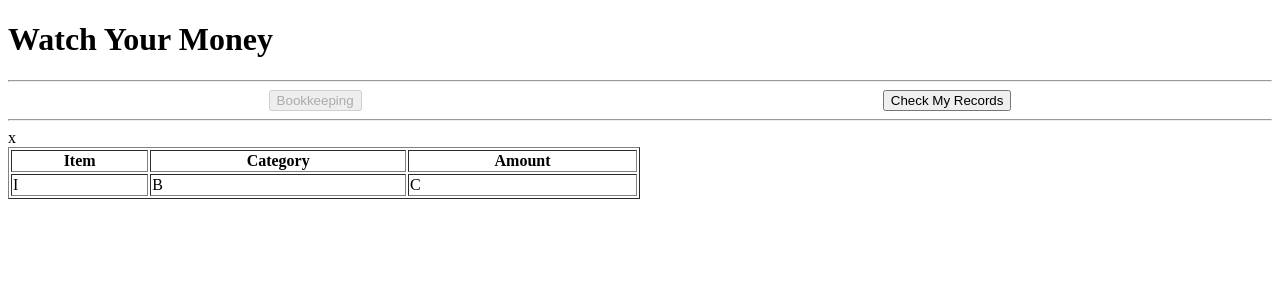
Repository: chelsea9869/Hackathon-TNT
Page: http://localhost/app/watch_your_money.php
The author's editor kept a copy of each file at every save. The page is drawn from the files as they stood at one save, then again after a run of saves.
The browser window is 1280 px wide. The pictures show the whole page.
The page is run by PHP 8.4 with error messages shown; the project is at /var/www/html/.

Above is the page before, as saved 2020-09-05 11:18:28.

After the next 3 saves:
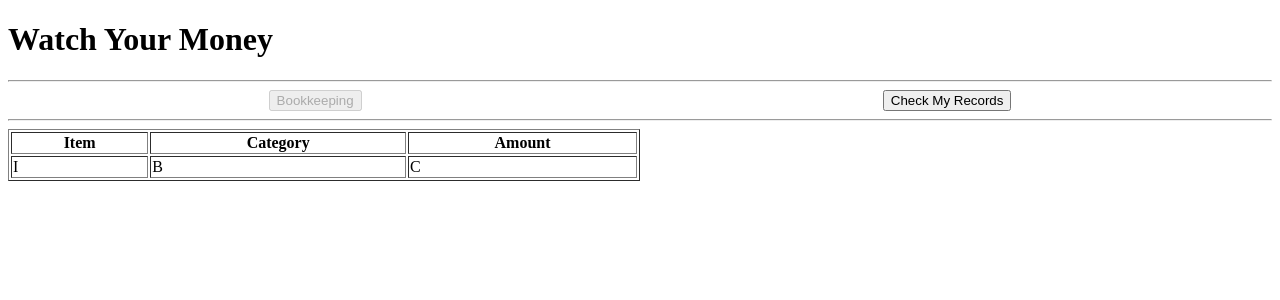
The 3 saves are shown as one change because they came seconds apart.
The last was saved 10 s later.
--- a/app/watch_your_money.php
+++ b/app/watch_your_money.php
@@ -18,9 +18,10 @@
     </div>
     <hr>
     <div id='main-content'>
-        <div id='bookkeeping'>x
+        <div id='bookkeeping'>
         <form name='bookkeeping-form' action="post">
             <table id='bookkeeping-form-table' border="1px" width='50%'>
+
                     <tr>
                         <th>Item</th>
                         <th>Category</th>
